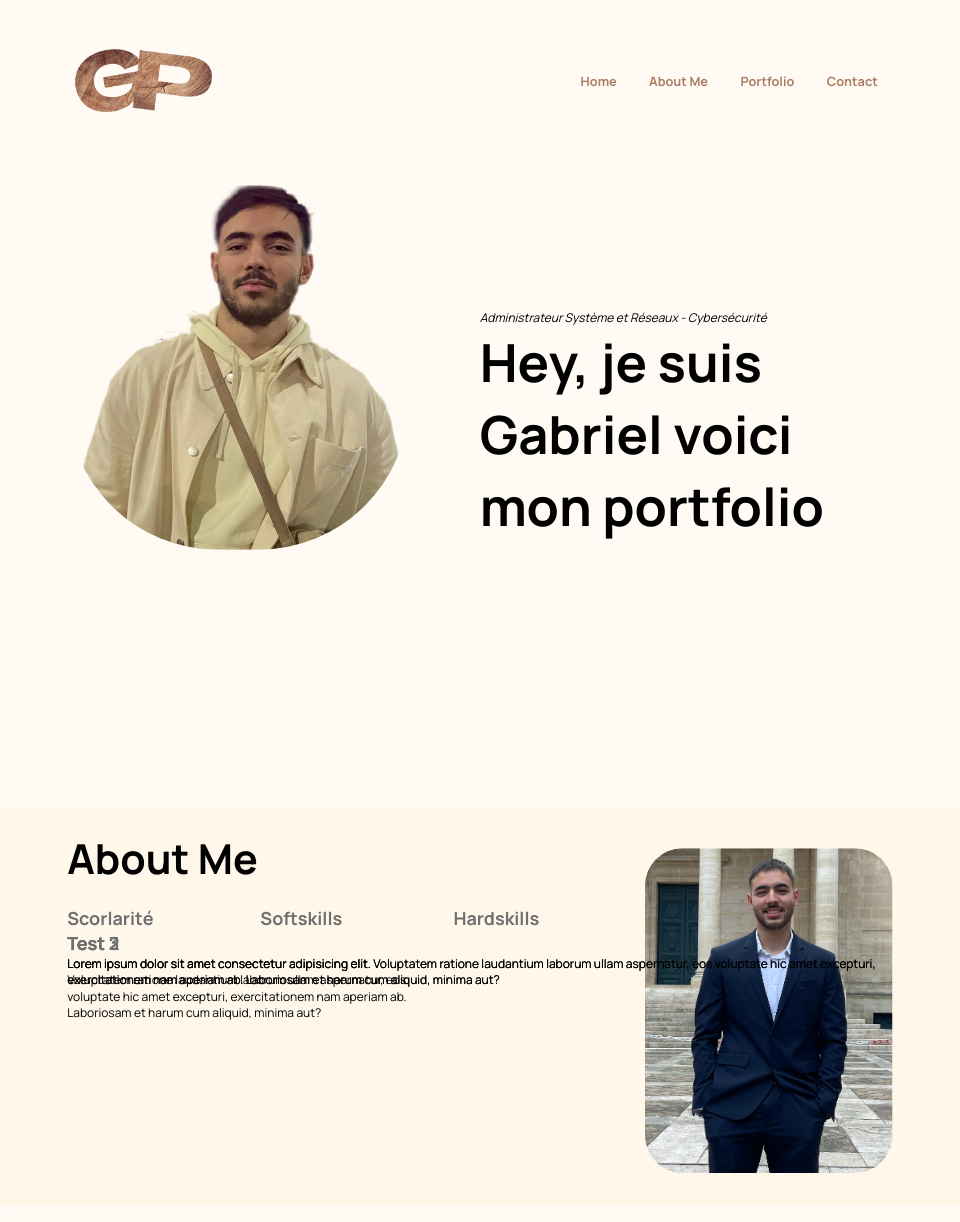
Repository: Gabtorinho25/Portfolio-Web-Site
Page: index.html
An editor plug-in stored every save of this project. The page is shown before and after a run of saves, followed by the edit.
The browser window is 1280 px wide. The pictures show the whole page, at 75% of full size.

Above is the page before, as saved 2024-04-02 17:48:10.

### index.html
<!DOCTYPE html>
<html lang="fr">
  <head>
    <meta charset="UTF-8" />
    <meta name="viewport" content="width=device-width, initial-scale=1.0" />
    <title>Portfolio de Gabriel Dos Santos</title>
    <link rel="stylesheet" href="style.css" />
    <link rel="preconnect" href="https://fonts.googleapis.com" />
    <link rel="preconnect" href="https://fonts.gstatic.com" crossorigin />
    <link
      href="https://fonts.googleapis.com/css2?family=Manrope:wght@200..800&display=swap"
      rel="stylesheet"
    />
  </head>
  <body>
    <header>
      <div class="container relative" id="header">
        <nav>
          <img class="logo" src="/Image/Logo.png" alt="logo" />
          <ul>
            <li><a href="">Home</a></li>
            <li><a href="">About Me</a></li>
            <li><a href="">Portfolio</a></li>
            <li><a href="">Contact</a></li>
          </ul>
        </nav>
       <div class="PhotodeMoi">
        <img  class="pictureofme" src="Image/profil-transformed.png" alt="Me">
       </div>
       <div class="TextePresentation">
        <p class="italic" >Administrateur Système et Réseaux - Cybersécurité</p>
        <h1 id="accroche">Hey, je suis <span class="marron hover-3">Gabriel</span> voici mon portfolio </h1>
       </div>
      </div>
    </header>
    <main>
       <!-- AboutMe -->
        <div id="AboutMe">
          <div class="container"></div>
            <div class="row">
              <div class="colonne1">
                <h1 class="AboutMeTitre" >About Me</h1>
                <div id="scolarité" class="active"  data-anim="1"><h2>Scorlarité</h2></div>
                <div id="softskills" data-anim="2"><h2>Softskills</h2></div>
                <div id="hardskills" data-anim="3"><h2>Hardskills</h2></div>


                <div class="contenu displayed" data-anim="1">
                  <h2>Test</h2>
                  <p class="ParaphAboutMe">Lorem ipsum dolor sit amet consectetur adipisicing elit. Voluptatem ratione laudantium laborum ullam aspernatur, eos voluptate hic amet excepturi, exercitationem nam aperiam ab. Laboriosam et harum cum aliquid, minima aut?</p>
                </div>

                <div class="contenu displayed" data-anim="2">
                  <h2>Test 2</h2>
                  <p>Lorem ipsum dolor sit amet consectetur adipisicing elit. Voluptatem ratione laudantium laborum ullam aspernatur, eos voluptate hic amet excepturi, exercitationem nam aperiam ab. Laboriosam et harum cum aliquid, minima aut?</p>
                </div>

                <div class="contenu displayed" data-anim="3">
                  <h2>Test 3</h2>
                  <p>Lorem ipsum dolor sit amet consectetur adipisicing elit. Voluptatem ratione laudantium laborum ullam aspernatur, eos voluptate hic amet excepturi, exercitationem nam aperiam ab. Laboriosam et harum cum aliquid, minima aut?</p>
                </div>
              </div>

              <div class="colonne2">
                <img id="AboutMePicture" src="Image/AboutMe.jpg" alt="AboutMe">
              </div>

            </div>

        </section>
    </main>
    <footer></footer>
  </body>
</html>

<!-- <p id="ParaphMe">Actuellement en Prépa Mastère Cybersécurité et data, je suis un passionné par le domaine <br> du numérique que ça soit le jeux vidéos,  l'industrie du cinéma ou encore les nouvelles technologies.
  Je suis constamment en quête de nouvelles connaissances et de défis stimulants 💻. <br>
  <br>
 est de m'orienter vers le domaine de la cybersécurité en tant qu'hacker éthique, pentester ou architecte en sécurité .<br> -->
  <!-- Je suis actuellement à la recherche d'opportunités professionnelles, notamment d'un stage et d'une alternance. N'hésitez pas à me contacter pour toute proposition ou collaboration dans votre entreprise ! </p> --> -->

### style.css
* {
  margin: 0;
  padding: 0;
  font-family: "Manrope", sans-serif;
  box-sizing: border-box;
}

body {
  background-color: #fffbf4;
  color: white;
}




header {
  width: 100%;

}


.logo {
  width: 200px;
}

.profil {
  border-radius:70%;
  width: 25%;
}
.container{
    padding: 7px 7%;
}

nav {

    display: flex;
    align-items: center;
    justify-content: space-between;
    flex-wrap: wrap;

}

nav ul li{
    display: inline-block;
    list-style: none;
    margin: 10px 20px;
    align-items: center;
    justify-content: space-between;
    flex-wrap: wrap;
}

nav ul li a{
    list-style-type: none;
    color:#AB7D63;
    font-family: "Manrope", sans-serif;
    font-optical-sizing: auto;
    font-size: 17px;
    font-weight:700;
    text-decoration:none;
}

a:hover{
  text-decoration: underline;
}

.flotte{
  float: left;
}

p{
  color: #000000;
}

h1{
  color: black;
}

.italic{font-style: italic;}

#ParaphMe{
  width: 600px;
}
.relative{
  position: relative;

}
.pictureofme{

    width: 100%;
    z-index: -1;
     border-radius: 200px;
     top: 70px;
    right: 3%;

}
.PhotodeMoi{
  padding-top: 40px;
    width: 455px;
    height: 455px;
}

.TextePresentation{
  padding-top: 100px;
position: relative;
bottom: 350px;
width: 100%;
color: aqua;
padding-left:550px;
}

.marron{
  color: #AB7D63;
}

#accroche{
  font-size: 70px;
  color: #000000;
}

.Présentation{
  display: inline-block;
}


 /* STYLE POUR HOVER */
 .hover-3 {
  --b: 0.1em;
  --c:#AB7D63;

  color: #0000;
  padding-block: var(--b);
  background:
    linear-gradient(var(--c) 50%,#000 0) 0% calc(100% - var(--_p,0%))/100% 200%,
    linear-gradient(var(--c) 0 0) 0% var(--_p,0%)/var(--_p,0%) var(--b) no-repeat;
  -webkit-background-clip: text,padding-box;
          background-clip: text,padding-box;
  transition: .3s var(--_s,0s) linear,background-size .3s calc(.3s - var(--_s,0s));
}
.hover-3:hover {
  --_p: 100%;
  --_s: .3s;
}


/* ABOUT ME */

#AboutMe{
  background-color:  #fff8ea;
  padding: 3% 7%;
}

.row{
  display: flex;  /* pour que les divs enfants à l'intérieur soit disposé en ligne quand elles ont assez de place */
  justify-content: space-between; /* pour qu'il est un espace entre les deux divs enfants*/
  flex-wrap: wrap;

}

#AboutMePicture{
  width: 100%;
  border-radius: 50px;
}

.colonne1 {
  width: 70%;


}
.colonne2{
width: 30%;
}

.AboutMeTitre{
  text-align: left;
  font-size: 55px;
  position: relative;
  bottom: 25px;
}

h2 {
  color:#6f6f6f;
}
#softskills,#hardskills,#scolarité {
  display: inline-flex;
  justify-content: left;
  width: 33%;
  cursor: pointer;
}

.contenu{
  position: absolute;
}


.ParaphAboutMe{
  width: 40%;
}

After the next 2 saves:
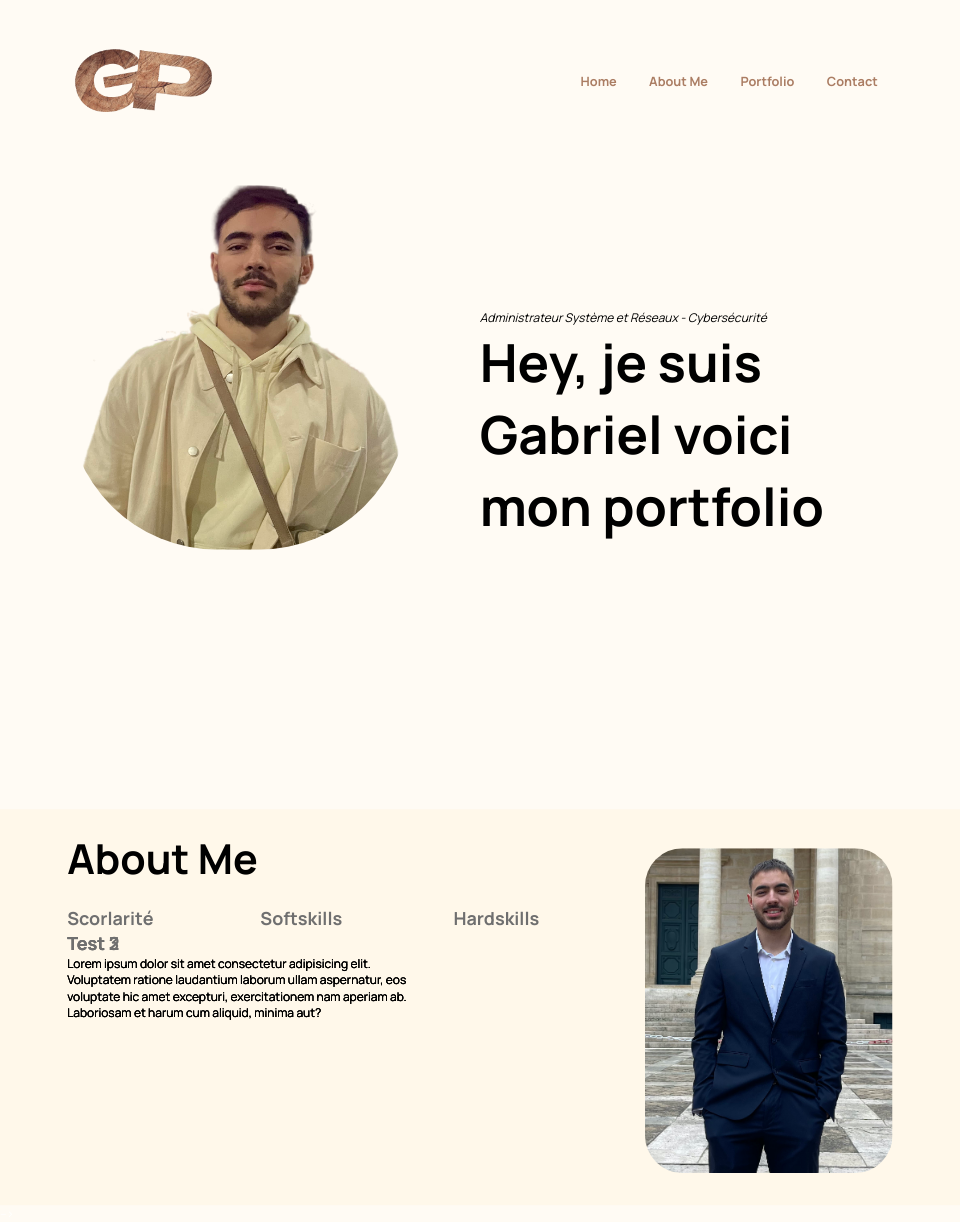
The 2 saves are shown as one change because they came seconds apart.
The last was saved 14 s later.
--- a/index.html
+++ b/index.html
@@ -52,12 +52,12 @@
 
                 <div class="contenu displayed" data-anim="2">
                   <h2>Test 2</h2>
-                  <p>Lorem ipsum dolor sit amet consectetur adipisicing elit. Voluptatem ratione laudantium laborum ullam aspernatur, eos voluptate hic amet excepturi, exercitationem nam aperiam ab. Laboriosam et harum cum aliquid, minima aut?</p>
+                  <p class="ParaphAboutMe">Lorem ipsum dolor sit amet consectetur adipisicing elit. Voluptatem ratione laudantium laborum ullam aspernatur, eos voluptate hic amet excepturi, exercitationem nam aperiam ab. Laboriosam et harum cum aliquid, minima aut?</p>
                 </div>
 
                 <div class="contenu displayed" data-anim="3">
                   <h2>Test 3</h2>
-                  <p>Lorem ipsum dolor sit amet consectetur adipisicing elit. Voluptatem ratione laudantium laborum ullam aspernatur, eos voluptate hic amet excepturi, exercitationem nam aperiam ab. Laboriosam et harum cum aliquid, minima aut?</p>
+                  <p class="ParaphAboutMe">Lorem ipsum dolor sit amet consectetur adipisicing elit. Voluptatem ratione laudantium laborum ullam aspernatur, eos voluptate hic amet excepturi, exercitationem nam aperiam ab. Laboriosam et harum cum aliquid, minima aut?</p>
                 </div>
               </div>
 
